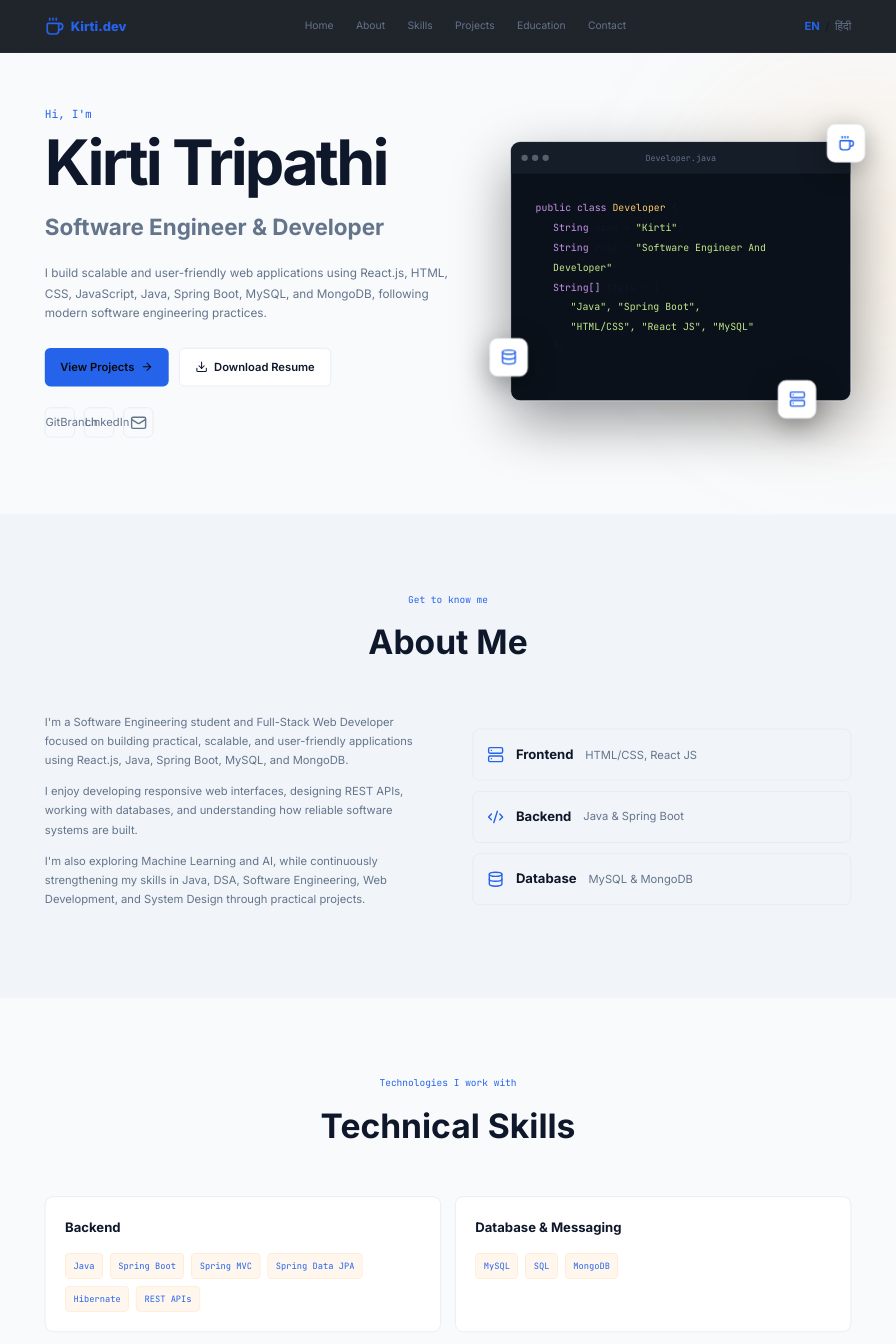
Repository: Rashi-Kirti06/En-Hi-Portfolio
Page: /
The author's editor kept a copy of each file at every save. The page is drawn from the files as they stood at one save, then again after a run of saves.
The browser window is 1280 px wide. The pictures show the part of the page from y = 0 to 1920 px (the page is 4993 px tall), at 70% of full size.
The project was rebuilt for these pictures with package versions that can differ from the ones it lists, and the page was loaded fresh each time. Also part of the build but not shown: vite.config.js.

Above is the page before, as saved 2026-09-06 16:50:08.

### index.html
<!doctype html>

<html lang="en">

<head>

  <meta charset="UTF-8" />

  <meta
    name="viewport"
    content="width=device-width, initial-scale=1.0"
  />

  <meta
    name="description"
    content="Kirti Tripathi - Java and Spring Boot Backend Developer portfolio."
  />

  <meta
    name="keywords"
    content="Java Developer, Spring Boot Developer, Backend Developer, Java Portfolio"
  />

  <meta name="author" content="Kirti Tripathi" />

  <title>
    Kirti Tripathi | Java Backend Developer
  </title>

</head>

<body>

  <div id="root"></div>

  <script
    type="module"
    src="/src/main.jsx"
  ></script>

</body>

</html>

### src/index.css
@import url("https://fonts.googleapis.com/css2?family=Inter:wght@400;500;600;700;800&family=JetBrains+Mono:wght@400;500;600&display=swap");

:root {
  /* --background: #080d14;
  --background-secondary: #0d141e;
  --card: #111a26;
  --card-hover: #162231;

  --text: #f4f7fb;
  --text-muted: #9ba9ba;

  --primary: #f89820;
  --primary-hover: #ffad42;

  --green: #58d68d;

  --border: #233142; */

  /* --background: #07111f;
--background-secondary: #0b1728;
--card: #101d2f;
--card-hover: #152840;
--text: #f1f5f9;
--text-muted: #94a3b8;
--primary: #22d3ee;
--primary-hover: #06b6d4;
--green: #34d399;
--border: #1e344d; */

/* --background: #0c0914;
--background-secondary: #130f1f;
--card: #1a1428;
--card-hover: #241b36;
--text: #f5f3ff;
--text-muted: #aaa3bb;
--primary: #a78bfa;
--primary-hover: #8b5cf6;
--green: #6ee7b7;
--border: #302544; */

/* --background: #07121a;
--background-secondary: #0b1c26;
--card: #102530;
--card-hover: #16323f;
--text: #f0fdf4;
--text-muted: #91a7ad;
--primary: #34d399;
--primary-hover: #10b981;
--green: #6ee7b7;
--border: #1d3b46; */

/* --background: #070b14;
--background-secondary: #0c1220;
--card: #111a2b;
--card-hover: #17243a;
--text: #f8fafc;
--text-muted: #94a3b8;
--primary: #3b82f6;
--primary-hover: #60a5fa;
--green: #4ade80;
--border: #223452; */

/* --background: #0e0b10;
--background-secondary: #171219;
--card: #201820;
--card-hover: #2a202a;
--text: #faf5f9;
--text-muted: #a99da6;
--primary: #f472b6;
--primary-hover: #ec4899;
--green: #86efac;
--border: #382b37; */

/* --background: #0a0f14;
--background-secondary: #101820;
--card: #17212b;
--card-hover: #1d2b37;
--text: #f8fafc;
--text-muted: #9aa8b5;
--primary: #fbbf24;
--primary-hover: #f59e0b;
--green: #4ade80;
--border: #293946; */

--background: #f8fafc;
--background-secondary: #f1f5f9;
--card: #ffffff;
--card-hover: #f8fafc;
--text: #0f172a;
--text-muted: #64748b;
--primary: #2563eb;
--primary-hover: #1d4ed8;
--green: #16a34a;
--border: #e2e8f0;



  --max-width: 1180px;

  --transition: 0.3s ease;
}

* {
  margin: 0;
  padding: 0;
  box-sizing: border-box;
}

html {
  scroll-behavior: smooth;
  scroll-padding-top: 80px;
}

body {
  font-family: "Inter", sans-serif;
  background: var(--background);
  color: var(--text);
  line-height: 1.7;
  overflow-x: hidden;
}

a {
  color: inherit;
  text-decoration: none;
}

button {
  font: inherit;
}

.container {
  width: min(90%, var(--max-width));
  margin-inline: auto;
}

.section {
  padding: 110px 0;
}

.alt-section {
  background: var(--background-secondary);
}

/* ==========================
   Navbar
========================== */

.navbar {
  position: fixed;
  width: 100%;
  top: 0;
  z-index: 1000;

  background: rgba(8, 13, 20, 0.9);
  backdrop-filter: blur(15px);

  border-bottom: 1px solid rgba(255,255,255,0.06);
}

.nav-container {
  height: 75px;

  display: flex;
  align-items: center;
  justify-content: space-between;
}

.logo {
  display: flex;
  align-items: center;
  gap: 9px;

  font-weight: 800;
  font-size: 1.15rem;

  color: var(--primary);
}

.nav-links {
  display: flex;
  align-items: center;
  gap: 32px;
}

.nav-links a {
  color: var(--text-muted);
  font-size: 0.92rem;
  transition: var(--transition);
}

.nav-links a:hover {
  color: var(--primary);
}

.nav-actions {
  display: flex;
  align-items: center;
  gap: 20px;
}

.language-switcher,
.language-mobile {
  display: flex;
  align-items: center;
  gap: 8px;
}

.language-switcher button,
.language-mobile button {
  border: none;
  background: transparent;
  color: var(--text-muted);
  cursor: pointer;
}

.lang-active {
  color: var(--primary) !important;
  font-weight: 700;
}

.mobile-menu {
  border: 0;
  background: transparent;
  color: white;
  cursor: pointer;
  display: none;
}

.language-mobile {
  display: none;
}

/* ==========================
   Hero
========================== */

.hero {
  min-height: 100vh;

  display: flex;
  align-items: center;

  padding-top: 150px;

  position: relative;
  overflow: hidden;
}

.hero::before {
  content: "";

  position: absolute;

  width: 500px;
  height: 500px;

  background: rgba(248, 152, 32, 0.08);

  border-radius: 50%;

  filter: blur(100px);

  top: 100px;
  right: -200px;

  pointer-events: none;
}

.hero-grid {
  display: grid;
  grid-template-columns: 1.1fr 0.9fr;
  gap: 70px;

  align-items: center;
}

.availability {
  display: inline-flex;
  align-items: center;
  gap: 9px;

  padding: 8px 14px;

  border: 1px solid var(--border);
  border-radius: 100px;

  color: var(--text-muted);

  font-size: 0.8rem;

  margin-bottom: 25px;

  background: rgba(255,255,255,0.02);
}

.availability-dot {
  width: 8px;
  height: 8px;

  border-radius: 50%;

  background: var(--green);

  box-shadow:
    0 0 10px var(--green);
}

.hero-greeting {
  color: var(--primary);

  font-family:
    "JetBrains Mono",
    monospace;

  font-size: 1rem;

  margin-bottom: 10px;
}

.hero h1 {
  font-size: clamp(
    3rem,
    7vw,
    5.7rem
  );

  line-height: 1;

  letter-spacing: -4px;

  margin-bottom: 20px;
}

.hero h2 {
  font-size: clamp(
    1.4rem,
    3vw,
    2rem
  );

  color: var(--text-muted);

  margin-bottom: 25px;
}

.hero-description {
  color: var(--text-muted);

  max-width: 650px;

  font-size: 1.05rem;

  margin-bottom: 35px;
}

.hero-buttons {
  display: flex;
  flex-wrap: wrap;
  gap: 15px;

  margin-bottom: 30px;
}

/* Buttons */

.btn {
  display: inline-flex;

  align-items: center;

  justify-content: center;

  gap: 9px;

  padding: 13px 22px;

  border-radius: 8px;

  font-weight: 600;

  transition: var(--transition);
}

.btn-primary {
  background: var(--primary);
  color: #090909;
}

.btn-primary:hover {
  background: var(--primary-hover);

  transform:
    translateY(-3px);
}

.btn-secondary {
  border:
    1px solid var(--border);

  background: var(--card);
}

.btn-secondary:hover {
  border-color:
    var(--primary);

  transform:
    translateY(-3px);
}

/* Social */

.social-links {
  display: flex;
  gap: 13px;
}

.social-links a {
  width: 43px;
  height: 43px;

  display: grid;
  place-items: center;

  border: 1px solid var(--border);

  border-radius: 8px;

  color: var(--text-muted);

  transition: var(--transition);
}

.social-links a:hover {
  color: var(--primary);

  border-color:
    var(--primary);

  transform:
    translateY(-3px);
}

/* Code card */

.hero-visual {
  position: relative;
}

.developer-card {
  border:
    1px solid var(--border);

  border-radius: 14px;

  overflow: hidden;

  background: #0b111a;

  box-shadow:
    0 30px 80px rgba(0,0,0,0.4);
}

.terminal-header {
  height: 45px;

  display: flex;
  align-items: center;

  padding: 0 15px;

  background: #151d28;

  color: var(--text-muted);

  font-size: 0.75rem;

  font-family:
    "JetBrains Mono",
    monospace;

  position: relative;
}

.terminal-header > span {
  position: absolute;
  left: 50%;

  transform:
    translateX(-50%);
}

.terminal-dots {
  display: flex;
  gap: 6px;
}

.terminal-dots span {
  width: 9px;
  height: 9px;

  border-radius: 50%;

  background: #56606c;
}

.code-window {
  padding: 35px;

  font-family:
    "JetBrains Mono",
    monospace;

  font-size: 0.88rem;

  line-height: 2;

  overflow-x: auto;
}

.code-purple {
  color: #c792ea;
}

.code-yellow {
  color: #ffcb6b;
}

.code-green {
  color: #c3e88d;
}

.indent {
  padding-left: 25px;
}

.indent-two {
  padding-left: 50px;
}

.floating-icon {
  width: 55px;
  height: 55px;

  border-radius: 12px;

  display: grid;
  place-items: center;

  position: absolute;

  color: var(--primary);

  background: var(--card);

  border:
    1px solid var(--border);

  box-shadow:
    0 10px 40px rgba(0,0,0,.35);

  animation:
    floating 4s ease-in-out infinite;
}

.icon-java {
  top: -25px;
  right: -20px;
}

.icon-db {
  bottom: 35px;
  left: -30px;

  animation-delay: 1s;
}

.icon-server {
  bottom: -25px;
  right: 50px;

  animation-delay: 2s;
}

@keyframes floating {
  0%, 100% {
    transform:
      translateY(0);
  }

  50% {
    transform:
      translateY(-10px);
  }
}

/* ==========================
   Section Headings
========================== */

.section-heading {
  text-align: center;

  margin-bottom: 60px;
}

.section-heading p {
  color: var(--primary);

  font-family:
    "JetBrains Mono",
    monospace;

  font-size: 0.85rem;

  margin-bottom: 8px;
}

.section-heading h2 {
  font-size:
    clamp(
      2rem,
      4vw,
      3rem
    );
}

/* ==========================
   About
========================== */

.about-grid {
  display: grid;

  grid-template-columns:
    1fr 1fr;

  gap: 70px;

  align-items: center;
}

.about-text p {
  color: var(--text-muted);

  margin-bottom: 18px;
}

.about-cards {
  display: grid;
  gap: 15px;
}

.mini-card {
  padding: 20px;

  border: 1px solid var(--border);

  border-radius: 10px;

  display: flex;

  align-items: center;

  gap: 17px;

  transition:
    var(--transition);
}

.mini-card:hover {
  border-color:
    var(--primary);

  transform:
    translateX(7px);
}

.mini-card svg {
  color: var(--primary);
}

.mini-card p {
  color:
    var(--text-muted);
}

/* ==========================
   Skills
========================== */

.skills-grid {
  display: grid;

  grid-template-columns:
    repeat(2, 1fr);

  gap: 20px;
}

.skill-card {
  padding: 28px;

  background: var(--card);

  border:
    1px solid var(--border);

  border-radius: 12px;

  transition:
    var(--transition);
}

.skill-card:hover {
  border-color:
    rgba(248,152,32,.55);

  transform:
    translateY(-4px);
}

.skill-card h3 {
  margin-bottom: 20px;
}

.skill-tags {
  display: flex;

  flex-wrap: wrap;

  gap: 10px;
}

.skill-tags span,
.project-tech span {
  padding: 7px 11px;

  border-radius: 6px;

  background:
    rgba(248,152,32,.08);

  border:
    1px solid rgba(248,152,32,.16);

  color:
    var(--primary);

  font-size:
    .78rem;

  font-family:
    "JetBrains Mono",
    monospace;
}

/* ==========================
   Projects
========================== */

.projects-grid {
  display: grid;

  grid-template-columns:
    repeat(3, 1fr);

  gap: 20px;
}

.project-card {
  background: var(--card);

  border:
    1px solid var(--border);

  border-radius: 12px;

  padding: 30px;

  display: flex;
  flex-direction: column;

  transition:
    var(--transition);

  position: relative;

  overflow: hidden;
}

.project-card::before {
  content: "";

  position: absolute;

  width: 130px;
  height: 130px;

  background:
    rgba(248,152,32,.07);

  border-radius: 50%;

  top: -70px;
  right: -50px;

  filter: blur(20px);
}

.project-card:hover {
  transform:
    translateY(-7px);

  border-color:
    rgba(248,152,32,.5);
}

.project-number {
  color:
    var(--primary);

  font-family:
    "JetBrains Mono",
    monospace;

  margin-bottom:
    15px;
}

.project-card h3 {
  font-size:
    1.35rem;

  margin-bottom:
    15px;
}

.project-card > p {
  color:
    var(--text-muted);

  margin-bottom:
    20px;

  flex-grow: 1;
}

.project-tech {
  display: flex;

  flex-wrap: wrap;

  gap: 7px;

  margin-bottom:
    25px;
}

.project-actions {
  display: flex;

  gap: 18px;

  flex-wrap: wrap;
}

.project-actions a {
  display: flex;

  align-items: center;

  gap: 7px;

  color:
    var(--text-muted);

  font-size:
    .85rem;

  transition:
    var(--transition);
}

.project-actions a:hover {
  color:
    var(--primary);
}

/* ==========================
   Learning
========================== */

.learning-description {
  color:
    var(--text-muted);

  text-align: center;

  max-width:
    650px;

  margin:
    -30px auto
    45px;
}

.learning-grid {
  display: grid;

  grid-template-columns:
    repeat(3,1fr);

  gap: 15px;
}

.learning-card {
  border:
    1px solid var(--border);

  background:
    var(--card);

  border-radius:
    10px;

  padding:
    20px;

  display:
    flex;

  gap: 15px;

  align-items:
    center;
}

.learning-card span {
  display:
    grid;

  place-items:
    center;

  width:
    34px;

  height:
    34px;

  border-radius:
    7px;

  color:
    var(--primary);

  background:
    rgba(248,152,32,.1);

  font-family:
    "JetBrains Mono",
    monospace;
}

/* ==========================
   Education
========================== */

.education-card {
  max-width:
    700px;

  margin:
    auto;

  padding:
    30px;

  display:
    flex;

  gap:
    22px;

  background:
    var(--card);

  border:
    1px solid
    var(--border);

  border-radius:
    12px;
}

.education-icon {
  width:
    60px;

  height:
    60px;

  flex-shrink: 0;

  display:
    grid;

  place-items:
    center;

  border-radius:
    10px;

  color:
    var(--primary);

  background:
    rgba(248,152,32,.1);
}

.education-card h4 {
  color:
    var(--primary);

  margin:
    4px 0;
}

.education-card p,
.education-card span {
  color:
    var(--text-muted);
}

/* ==========================
   Contact
========================== */

.contact-box {
  text-align:
    center;

  max-width:
    800px;

  margin:
    auto;
}

.contact-box > p {
  color:
    var(--text-muted);

  max-width:
    600px;

  margin:
    0 auto 40px;
}

.contact-links {
  display:
    grid;

  grid-template-columns:
    repeat(3,1fr);

  gap:
    15px;
}

.contact-card {
  padding:
    24px;

  display:
    flex;

  flex-direction:
    column;

  gap:
    12px;

  align-items:
    center;

  border:
    1px solid var(--border);

  background:
    var(--card);

  border-radius:
    10px;

  transition:
    var(--transition);
}

.contact-card svg {
  color:
    var(--primary);
}

.contact-card:hover {
  border-color:
    var(--primary);

  transform:
    translateY(-5px);
}

/* ==========================
   Footer
========================== */

.footer {
  border-top:
    1px solid var(--border);

  padding:
    30px 0;
}

.footer-content {
  display:
    flex;

  justify-content:
    space-between;

  align-items:
    center;

  gap:
    20px;

  color:
    var(--text-muted);

  font-size:
    .8rem;
}

.footer-logo {
  display:
    flex;

  align-items:
    center;

  gap:
    8px;

  color:
    var(--primary);

  font-weight:
    700;
}

/* ==========================
   Tablet
========================== */

@media (max-width: 950px) {

  .hero-grid {
    grid-template-columns:
      1fr;
  }

  .hero-content {
    text-align:
      center;
  }

  .availability {
    margin-inline:
      auto;
  }

  .hero-description {
    margin-inline:
      auto;
  }

  .hero-buttons,
  .social-links {
    justify-content:
      center;
  }

  .hero-visual {
    max-width:
      600px;

    margin:
      40px auto 0;
  }

  .projects-grid {
    grid-template-columns:
      repeat(2,1fr);
  }

  .about-grid {
    grid-template-columns:
      1fr;
  }
}

/* ==========================
   Mobile Navigation
========================== */

@media (max-width: 760px) {

  .section {
    padding:
      80px 0;
  }

  .mobile-menu {
    display:
      block;
  }

  .language-switcher {
    display:
      none;
  }

  .nav-links {
    position:
      fixed;

    top:
      75px;

    left:
      0;

    width:
      100%;

    background:
      #0d141e;

    flex-direction:
      column;

    align-items:
      center;

    padding:
      35px;

    border-bottom:
      1px solid
      var(--border);

    transform:
      translateY(-150%);

    opacity:
      0;

    transition:
      .35s ease;
  }

  .nav-links.active {
    transform:
      translateY(0);

    opacity:
      1;
  }

  .language-mobile {
    display:
      flex;

    margin-top:
      10px;
  }

  .hero {
    padding-top:
      120px;
  }

  .hero h1 {
    letter-spacing:
      -2px;
  }

  .skills-grid,
  .projects-grid,
  .learning-grid,
  .contact-links {
    grid-template-columns:
      1fr;
  }

  .floating-icon {
    display:
      none;
  }

  .education-card {
    flex-direction:
      column;
  }

  .footer-content {
    flex-direction:
      column;

    text-align:
      center;
  }

}

/* ==========================
   Small Phones
========================== */

@media (max-width: 480px) {

  .hero-buttons {
    flex-direction:
      column;
  }

  .btn {
    width:
      100%;
  }

  .code-window {
    padding:
      22px 15px;

    font-size:
      .72rem;
  }

}

### src/App.jsx
import { useState } from "react";

import Navbar from "./components/Navbar";
import Hero from "./components/Hero";
import About from "./components/About";
import Skills from "./components/Skills";
import Projects from "./components/Projects";
import Learning from "./components/Learning";
import Education from "./components/Education";
import Contact from "./components/Contact";
import Footer from "./components/Footer";

function App() {
  const [language, setLanguage] = useState("en");

  return (
    <>
      <Navbar language={language} setLanguage={setLanguage} />

      <main>
        <Hero language={language} />
        <About language={language} />
        <Skills language={language} />
        <Projects language={language} />
        <Learning language={language} />
        <Education language={language} />
        <Contact language={language} />
      </main>

      <Footer language={language} />
    </>
  );
}

export default App;

### src/components/Learning.jsx
import { motion } from "framer-motion";
import SectionTitle from "./SectionTitle";
import { translations } from "../data/translations";

const technologies = [
  "Advanced Java",
  "Microservices",
  "System Design",
  "Docker",
  "Spring Security",
  "Cloud",
];

function Learning({ language }) {
  const t = translations[language].learning;

  return (
    <section className="section">
      <div className="container">

        <SectionTitle
          subtitle={t.subtitle}
          title={t.title}
        />

        <p className="learning-description">
          {t.description}
        </p>

        <div className="learning-grid">

          {technologies.map((technology, index) => (

            <motion.div
              className="learning-card"
              key={technology}
              initial={{
                opacity: 0,
                scale: 0.9,
              }}
              whileInView={{
                opacity: 1,
                scale: 1,
              }}
              viewport={{ once: true }}
              transition={{
                delay: index * 0.08,
              }}
            >
              <span>{index + 1}</span>
              {technology}
            </motion.div>

          ))}

        </div>

      </div>
    </section>
  );
}

export default Learning;

### src/components/Education.jsx
import { GraduationCap } from "lucide-react";
import SectionTitle from "./SectionTitle";
import { translations } from "../data/translations";

function Education({ language }) {
  const t = translations[language].education;

  return (
    <section
      id="education"
      className="section alt-section"
    >
      <div className="container">

        <SectionTitle
          subtitle={t.subtitle}
          title={t.title}
        />

        <div className="education-card">

          <div className="education-icon">
            <GraduationCap size={34} />
          </div>

          <div>
            <h3>{t.degree}</h3>

            <h4>{t.course}</h4>

            <p>{t.college}</p>

            <span>{t.year}</span>
          </div>

        </div>

      </div>
    </section>
  );
}

export default Education;

### src/components/Contact.jsx
import {
  Mail,
} from "lucide-react";

import SectionTitle from "./SectionTitle";
import { translations } from "../data/translations";

function Contact({ language }) {
  const t = translations[language].contact;

  return (
    <section id="contact" className="section">
      <div className="container">

        <SectionTitle
          subtitle={t.subtitle}
          title={t.title}
        />

        <div className="contact-box">

          <p>{t.description}</p>

          <div className="contact-links">

            <a
              href="mailto:your-email@example.com"
              className="contact-card"
            >
              <Mail />
              <span>{t.email}</span>
            </a>

            <a
              href="https://linkedin.com/in/YOUR_USERNAME"
              target="_blank"
              rel="noreferrer"
              className="contact-card"
            >
              Linkedin
              <span>{t.linkedin}</span>
            </a>

            <a
              href="https://github.com/YOUR_USERNAME"
              target="_blank"
              rel="noreferrer"
              className="contact-card"
            >
              Github
              <span>{t.github}</span>
            </a>

          </div>

        </div>

      </div>
    </section>
  );
}

export default Contact;

### src/components/Footer.jsx
import { Coffee } from "lucide-react";
import { translations } from "../data/translations";

function Footer({ language }) {
  const t = translations[language].footer;

  return (
    <footer className="footer">
      <div className="container footer-content">

        <div className="footer-logo">
          <Coffee size={22} />
          Kirti.dev
        </div>

        <p>
          © {new Date().getFullYear()} Kirti Tripathi
        </p>

        <p>{t.text}</p>

      </div>
    </footer>
  );
}

export default Footer;

### src/components/SectionTitle.jsx
function SectionTitle({ subtitle, title }) {
  return (
    <div className="section-heading">
      <p>{subtitle}</p>
      <h2>{title}</h2>
    </div>
  );
}

export default SectionTitle;

Loaded but not shown: src/main.jsx (common file); src/data/translations.jsx (151 lines, source omitted); src/components/Hero.jsx (169 lines, source omitted); src/components/Projects.jsx (165 lines, source omitted); src/components/Navbar.jsx (93 lines, source omitted); src/components/Skills.jsx (96 lines, source omitted); src/components/About.jsx (61 lines, source omitted)

After the next 2 saves:
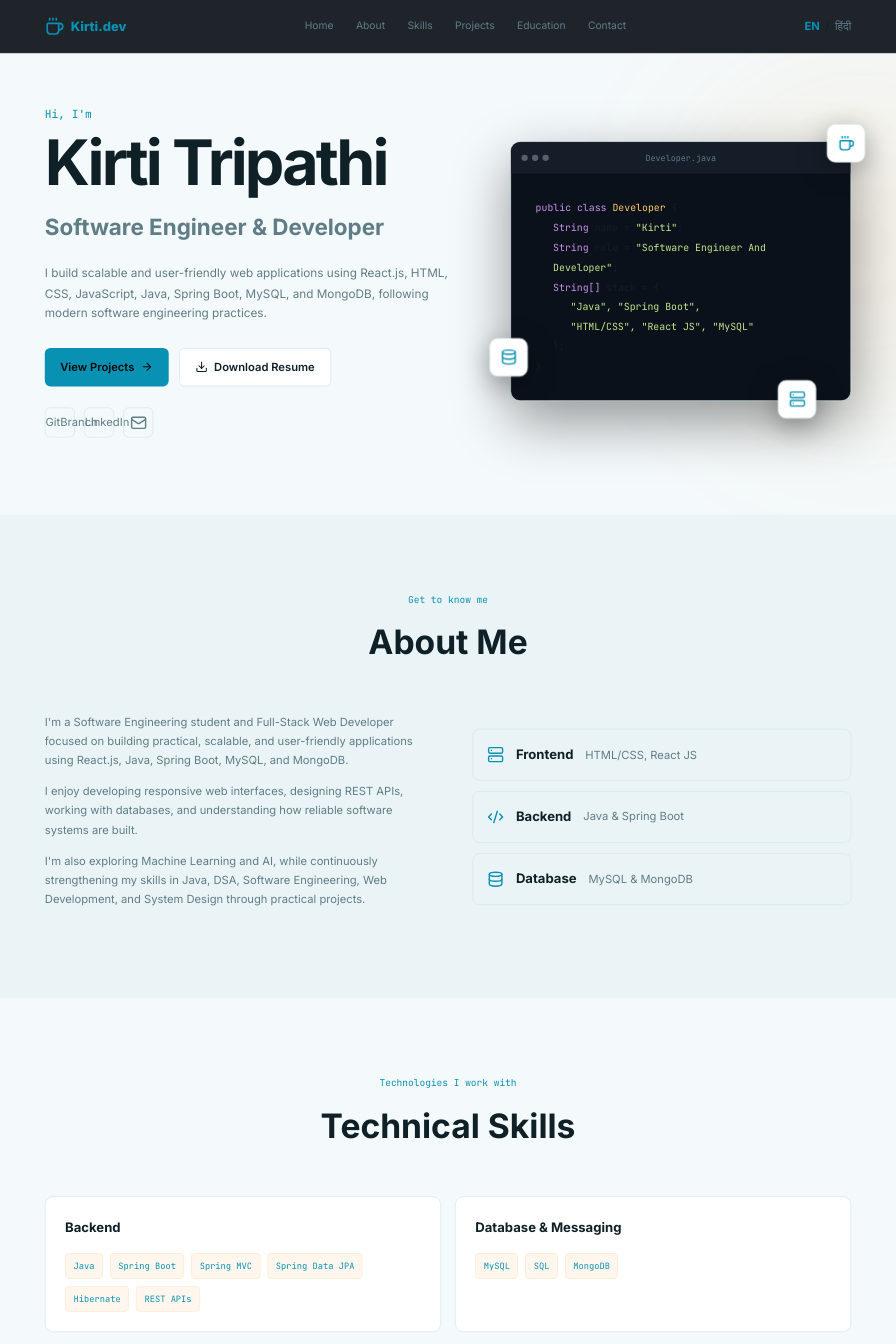
The 2 saves are shown as one change because they came seconds apart.
The last was saved 33 s later.
--- a/src/index.css
+++ b/src/index.css
@@ -82,7 +82,7 @@
 --green: #4ade80;
 --border: #293946; */
 
---background: #f8fafc;
+/* --background: #f8fafc;
 --background-secondary: #f1f5f9;
 --card: #ffffff;
 --card-hover: #f8fafc;
@@ -91,7 +91,18 @@
 --primary: #2563eb;
 --primary-hover: #1d4ed8;
 --green: #16a34a;
---border: #e2e8f0;
+--border: #e2e8f0; */
+
+--background: #f4f9fb;
+--background-secondary: #eaf4f7;
+--card: #ffffff;
+--card-hover: #f2fbfd;
+--text: #102027;
+--text-muted: #607d86;
+--primary: #0891b2;
+--primary-hover: #0e7490;
+--green: #059669;
+--border: #d5e5e9;
 
 
 
